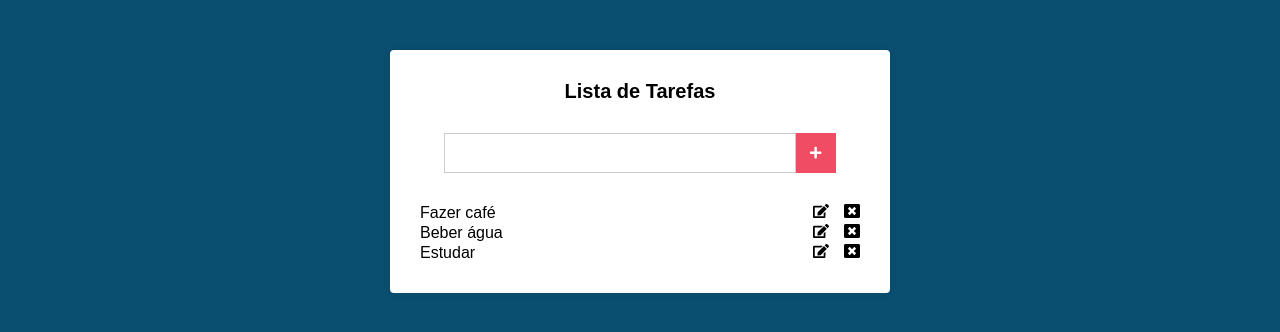
Repository: FellipeMiguel/lista-de-tarefas
Page: /
An editor plug-in stored every save of this project. The page is shown before and after the next save, followed by the edit.
The browser window is 1280 px wide. The pictures show the whole page.
The project was rebuilt for these pictures with package versions that can differ from the ones it lists, and the page was loaded fresh each time.

Above is the page before, as saved 2023-06-14 23:46:20.

### src/index.js
import React from "react"
import ReactDOM from "react-dom/client"

import App from "./App"

const root = ReactDOM.createRoot(document.getElementById("root"))
root.render(
  <React.StrictMode>
    <App />
  </React.StrictMode>,
)

### src/App.js
import Main from './components/Main'
import './App.css'

function App() {
  return <Main />
}

export default App

### src/components/Main.js
import React, { Component } from 'react'

// Form
import { FaPlus } from 'react-icons/fa'

// Tasks
import { FaEdit, FaWindowClose } from 'react-icons/fa'

import './Main.css'

export default class Main extends Component {
  state = {
    newTask: '',
    tasks: ['Fazer café', 'Beber água', 'Estudar'],
  }

  handleChange = (e) => {
    this.setState({ newTask: e.target.value })
  }

  render() {
    const { newTask, tasks } = this.state

    return (
      <div className="main">
        <h1>Lista de Tarefas</h1>

        <form action="#" className="form">
          <input value={newTask} onChange={this.handleChange} type="text" />
          <button type="submit">
            <FaPlus />
          </button>
        </form>

        <ul className="tasks">
          {tasks.map((task) => (
            <li key={task}>
              {task}
              <div>
                <FaEdit className="edit" />
                <FaWindowClose className="close" />
              </div>
            </li>
          ))}
        </ul>
      </div>
    )
  }
}

### src/components/Main.css
.main {
  background: #fff;
  padding: 30px;
  margin: 50px auto;
  max-width: 500px;
  border-radius: 4px;
  box-shadow: 0 0 10px rgba(0, 0, 0, 0.1);
}

.main h1 {
  font-size: 20px;
  text-align: center;
}

.form {
  margin-top: 30px;
  display: flex;
  align-items: center;
  justify-content: center;
}

.form input[type="text"] {
  height: 40px;
  padding: 0 20px;
  font-size: 20px;
  border: 1px solid #ccc;
  min-width: 80%;
}

.form button[type="submit"] {
  border: none;
  height: 40px;
  width: 40px;
  background: #f04c64;
  color: #fff;
  display: flex;
  align-items: center;
  justify-content: center;
}

.tasks {
  margin-top: 30px;
}

.tasks li {
  display: flex;
  align-items: center;
  justify-content: space-between;
}

.tasks li .edit {
  margin-right: 15px;
}

Loaded but not shown: public/index.html (common file); src/App.css (common file)

After the next save:
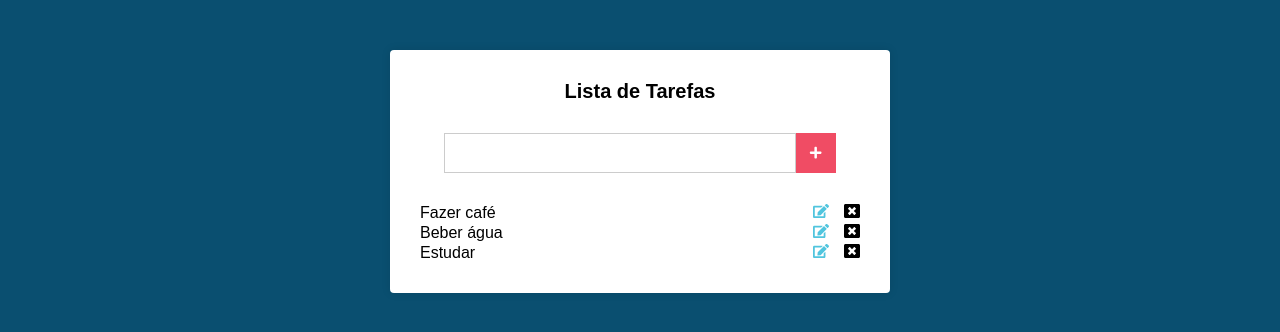
Saved 29 s later.
--- a/src/components/Main.css
+++ b/src/components/Main.css
@@ -50,4 +50,5 @@
 
 .tasks li .edit {
   margin-right: 15px;
+  color: #51c5de;
 }
